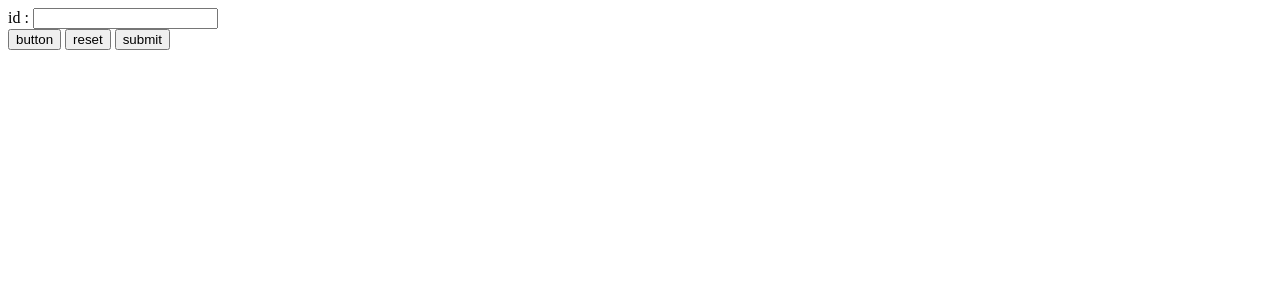
Repository: JeongminHW/Web_study
Page: HTML/myHTML/src/main/webapp/ch04/button.html
An editor plug-in stored every save of this project. The page is shown before and after the next save, followed by the edit.
The browser window is 1280 px wide. The pictures show the whole page.

Above is the page before, as saved 2024-07-09 06:28:35.

### HTML/myHTML/src/main/webapp/ch04/button.html
<!DOCTYPE html>
<html>
<head>
<meta charset="UTF-8">
<title>Insert title here</title>
</head>
<body>
	<form action="">
	id : <input type="text" name="id"><br>
	<button type="button">button</button>
	<button type="reset">reset</button>
	<button type="submin">submit</button>
	</form>
</body>
</html>

After the next save:
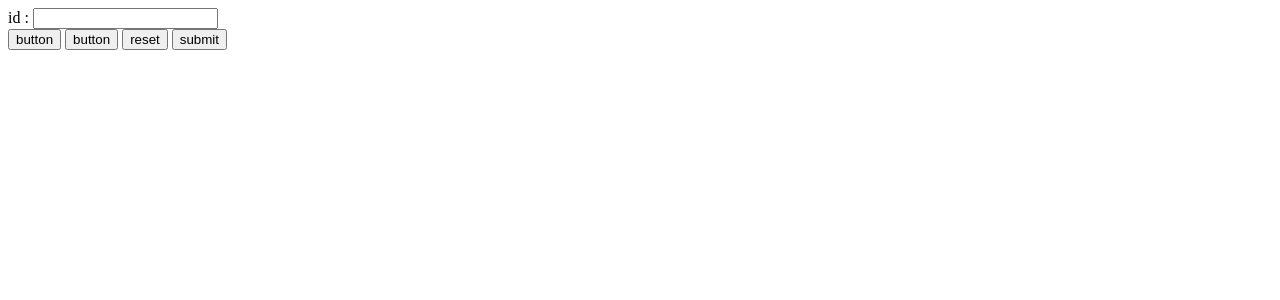
Console error (its wording comes from the project's code and is left out).
Saved 108 s later.
--- a/HTML/myHTML/src/main/webapp/ch04/button.html
+++ b/HTML/myHTML/src/main/webapp/ch04/button.html
@@ -8,6 +8,7 @@
 	<form action="">
 	id : <input type="text" name="id"><br>
 	<button type="button">button</button>
+	<button type="button" onclick="function()">button</button>
 	<button type="reset">reset</button>
 	<button type="submin">submit</button>
 	</form>
